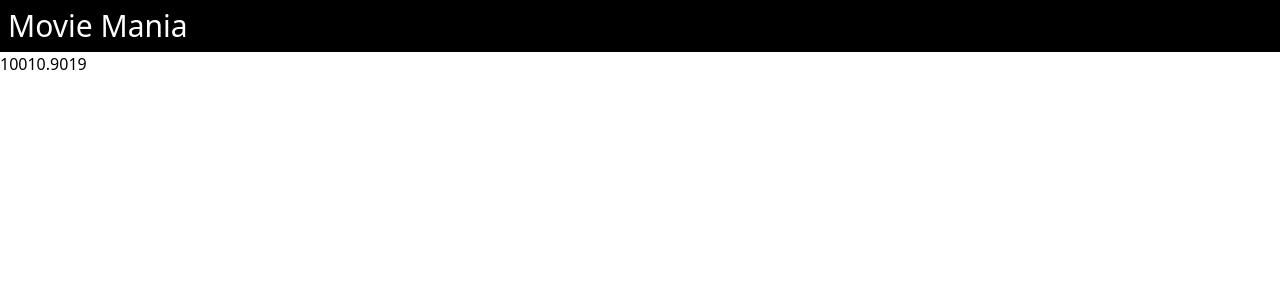
Repository: mdsajib50/Movie-Mania
Page: src/index.html
These files come from the project's save history. The page is drawn as it stood at one moment and after a run of saves; the edit follows.
The browser window is 1280 px wide. The pictures show the whole page.

Above is the page before, as saved 2025-03-06 11:21:58.

### src/index.html
<!DOCTYPE html>
<html lang="en">
<head>
    <meta charset="UTF-8">
    <meta name="viewport" content="width=device-width, initial-scale=1.0">
    <link rel="stylesheet" href="output.css">
    <title id="siteTitle">Movie Mania</title>
</head>
<body>
     <div class="flex flex-col">
        <nav class="bg-black text-white p-2">
            <h1 class="text-3xl">Movie Mania</h1>
        </nav>
        <div class="flex justify">
            <div><span>100</span></div>
            <div><span>10.90</span></div>
            <div><span>19</span></div>
        </div>
     </div>
    <script src="script.js"></script>
</body>
</html>

Loaded but not shown: src/output.css (2091 lines, source omitted); src/script.js (no stored copy; drawn as an empty file)

After the next 6 saves:
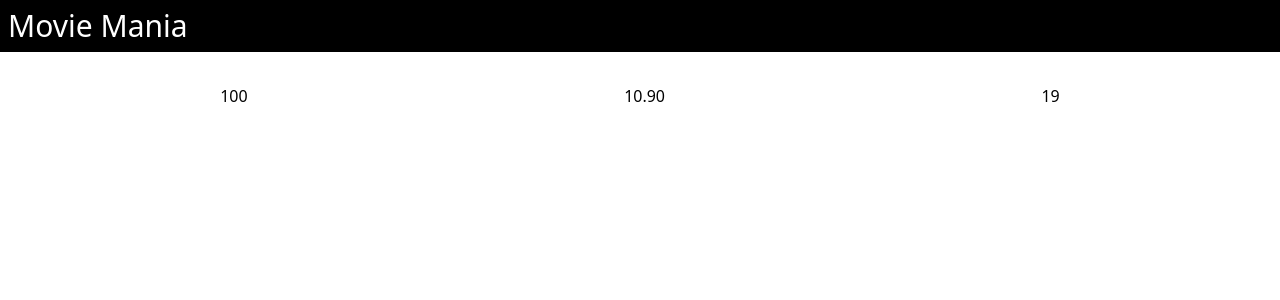
The 6 saves are shown as one change because they came seconds apart.
The last was saved 14 s later.
--- a/src/index.html
+++ b/src/index.html
@@ -11,7 +11,7 @@
         <nav class="bg-black text-white p-2">
             <h1 class="text-3xl">Movie Mania</h1>
         </nav>
-        <div class="flex justify">
+        <div class="flex justify-around p-8">
             <div><span>100</span></div>
             <div><span>10.90</span></div>
             <div><span>19</span></div>
